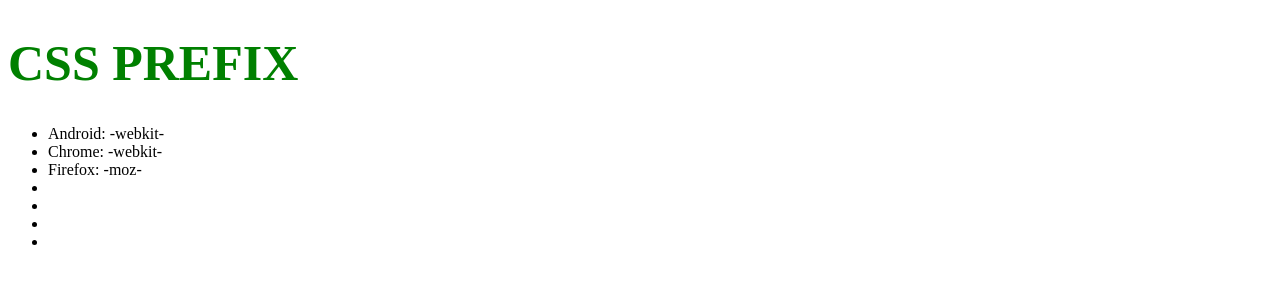
Repository: phanvu0103/HTML-CSS
Page: CSS_21_Prefix/index.html
An editor plug-in stored every save of this project. The page is shown before and after the next save, followed by the edit.
The browser window is 1280 px wide. The pictures show the whole page.

Above is the page before, as saved 2022-09-30 21:33:50.

### CSS_21_Prefix/index.html
<!DOCTYPE html>
<html lang="en">
  <head>
    <meta charset="UTF-8" />
    <meta name="viewport" content="width=device-width, initial-scale=1.0" />
    <title>Document</title>
    <link rel="stylesheet" href="style.css" />
  </head>
  <body>
    <h1>CSS PREFIX</h1>
    <ul>
      <li>Android: -webkit-</li>
      <li>Chrome: -webkit-</li>
      <li>Firefox: -moz-</li>
      <li></li>
      <li></li>
      <li></li>
      <li></li>
    </ul>
  </body>
</html>

### CSS_21_Prefix/style.css
h1 {
  color: green;
  font-size: 50px;
  user-select: none;
  /*
  user-select: none;
  ko cho bôi đen chữ trên web
  với thuộc tính này thì những trang web mới
  còn trang web  cũ ko thể ta phải thêm:border:
  -webkit-user-select: none;

   */
}

After the next save:
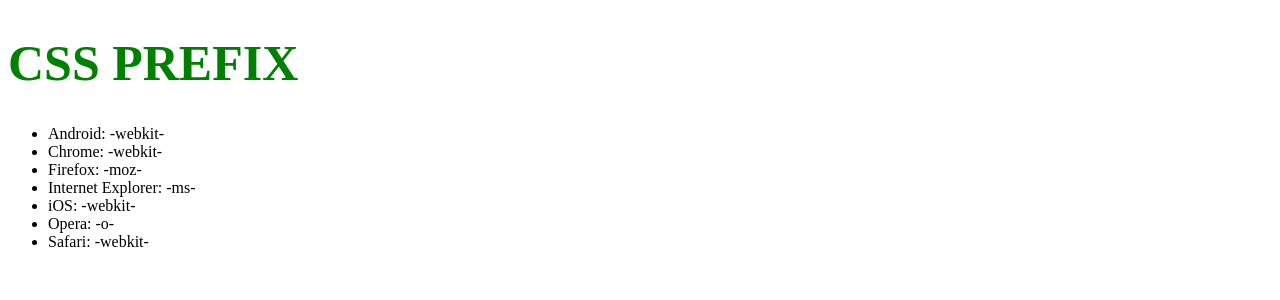
Saved 35 s later.
--- a/CSS_21_Prefix/index.html
+++ b/CSS_21_Prefix/index.html
@@ -12,10 +12,10 @@
       <li>Android: -webkit-</li>
       <li>Chrome: -webkit-</li>
       <li>Firefox: -moz-</li>
-      <li></li>
-      <li></li>
-      <li></li>
-      <li></li>
+      <li>Internet Explorer: -ms-</li>
+      <li>iOS: -webkit-</li>
+      <li>Opera: -o-</li>
+      <li>Safari: -webkit-</li>
     </ul>
   </body>
 </html>
